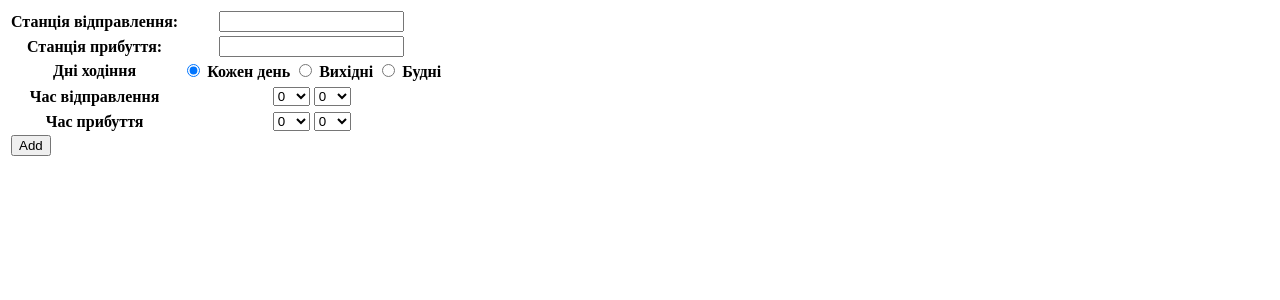
Repository: predator11/Project
Page: http://localhost/TimetableProject/add.jsp
An editor plug-in stored every save of this project. The page is shown before and after the next save, followed by the edit.
The browser window is 1280 px wide. The pictures show the whole page.
The page is served by Tomcat 9.

Above is the page before, as saved 2015-06-29 19:55:51.

After the next save:
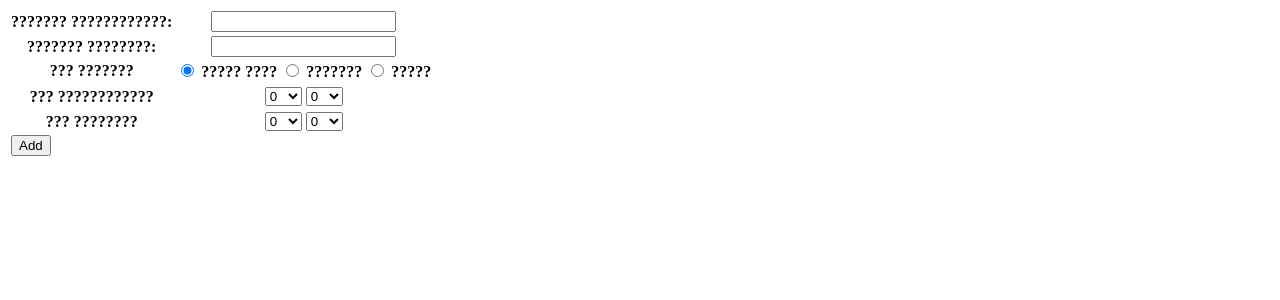
Saved 106 s later.
--- a/TimetableProject/WebContent/add.jsp
+++ b/TimetableProject/WebContent/add.jsp
@@ -1,4 +1,4 @@
-<%@ page language="java" contentType="text/html; charset=UTF-8"
+<%@ page language="java" contentType="text/html; charset=ISO-8859-1"
     pageEncoding="UTF-8"%>
 
 <%@ taglib prefix="c" uri="http://java.sun.com/jsp/jstl/core" %>

After the 2 saves that followed:
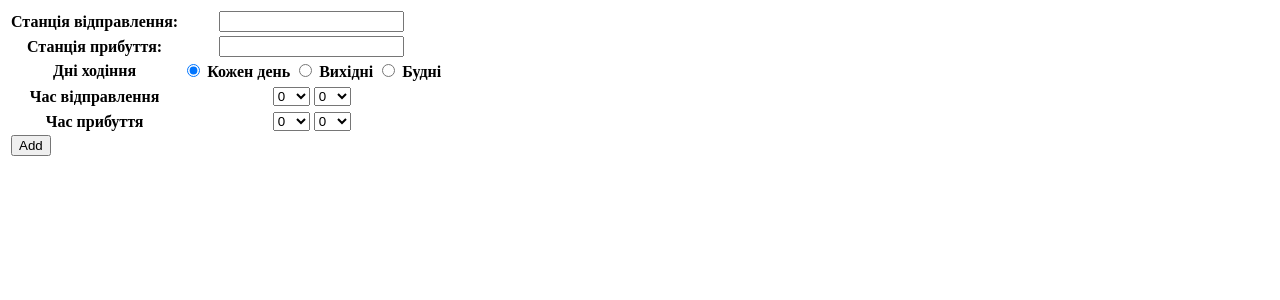
The 2 saves are shown as one change because 1 left the picture as it was.
The last was saved 56 s later.
--- a/TimetableProject/WebContent/add.jsp
+++ b/TimetableProject/WebContent/add.jsp
@@ -1,11 +1,11 @@
-<%@ page language="java" contentType="text/html; charset=ISO-8859-1"
+<%@ page language="java" contentType="text/html; charset=UTF-8"
     pageEncoding="UTF-8"%>
 
 <%@ taglib prefix="c" uri="http://java.sun.com/jsp/jstl/core" %>
 <!DOCTYPE html PUBLIC "-//W3C//DTD HTML 4.01 Transitional//EN" "http://www.w3.org/TR/html4/loose.dtd">
 <html>
 <head>
-<meta http-equiv="Content-Type" content="text/html; charset=UTF-8">
+
 <title>Insert title here</title>
 </head>
 <body>
